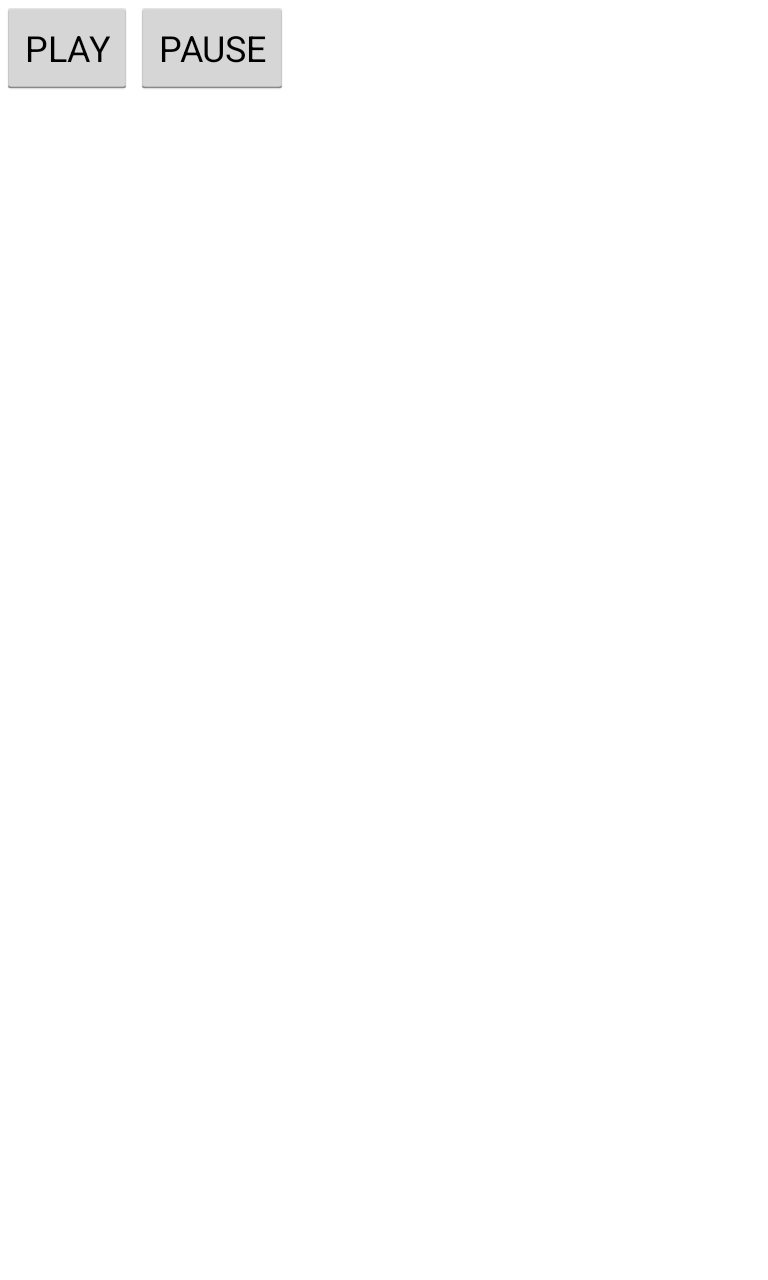
Repository: thiagopsilva/Android-book
Layout: Som/res/layout/activity_som.xml
An editor plug-in stored every save of this project. The layout is shown before and after the next save, followed by the edit.
It is drawn on a 768 x 1280 px phone screen (xhdpi) without system bars, with theme AppTheme; the app's code is not run.

Above is the layout before, as saved 2012-12-14 15:06:34.

### Som/res/layout/activity_som.xml
<LinearLayout xmlns:android="http://schemas.android.com/apk/res/android"
    xmlns:tools="http://schemas.android.com/tools"
    android:layout_width="match_parent"
    android:layout_height="match_parent"
    tools:context=".Som" >

    <Button
        android:id="@+id/btplay"
        android:layout_width="wrap_content"
        android:layout_height="wrap_content"
        android:text="PLAY" />

    <Button
        android:id="@+id/btpause"
        android:layout_width="wrap_content"
        android:layout_height="wrap_content"
        android:text="PAUSE" />

</LinearLayout>

Loaded but not shown: Som/res/values/styles.xml (common file); Som/res/values-v11/styles.xml (common file); Som/res/values-v14/styles.xml (common file)

After the next save:
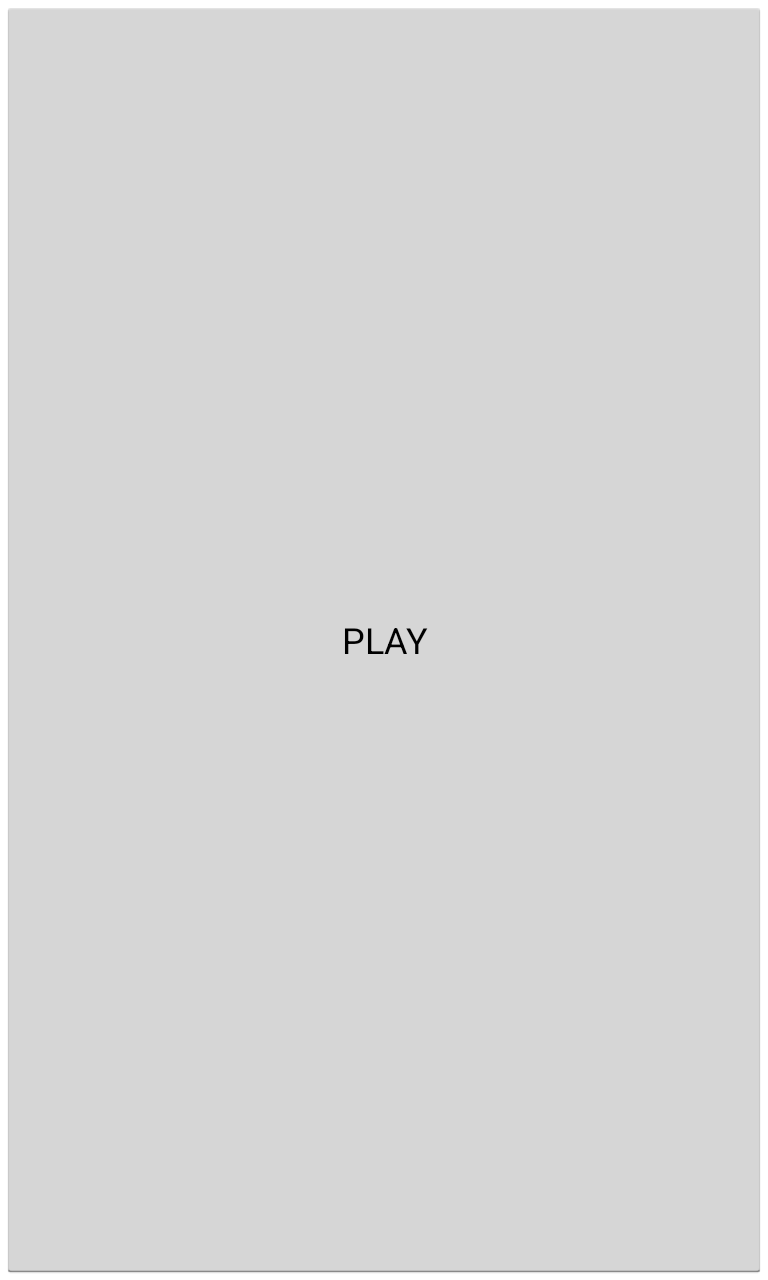
Saved 68 s later.
--- a/Som/res/layout/activity_som.xml
+++ b/Som/res/layout/activity_som.xml
@@ -6,14 +6,14 @@
 
     <Button
         android:id="@+id/btplay"
-        android:layout_width="wrap_content"
-        android:layout_height="wrap_content"
+        android:layout_width="fill_parent"
+        android:layout_height="fill_parent"
         android:text="PLAY" />
 
     <Button
         android:id="@+id/btpause"
-        android:layout_width="wrap_content"
-        android:layout_height="wrap_content"
+        android:layout_width="fill_parent"
+        android:layout_height="fill_parent"
         android:text="PAUSE" />
 
 </LinearLayout>
